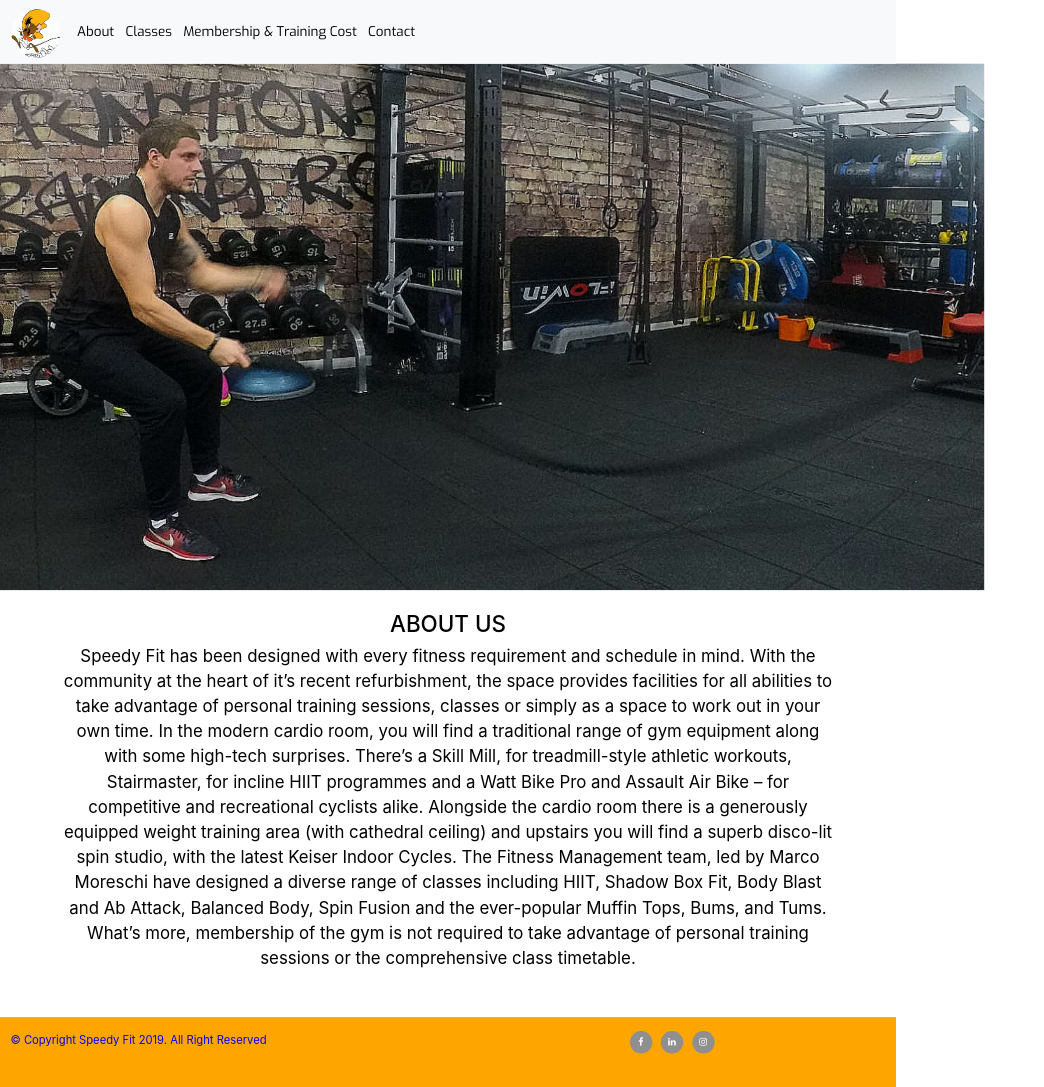
Repository: marcomoreschi/Milestrone-project
Page: index.html
The author's editor kept a record of every edit. The page is drawn from the files as they stood at one moment, then again after the next edit.
The browser window is 1280 px wide. The page is 1406 px wide, then 1491 px, then 1406 px, so the pictures cover 1491 px, including what lies to the right of the window. The pictures show the part of the page from y = 0 to 1640 px (the page is 1553 px tall before and 2305 px after), at 70% of full size.
Some web libraries are served in a nearby version.

Above is the page before.

After the next edit:
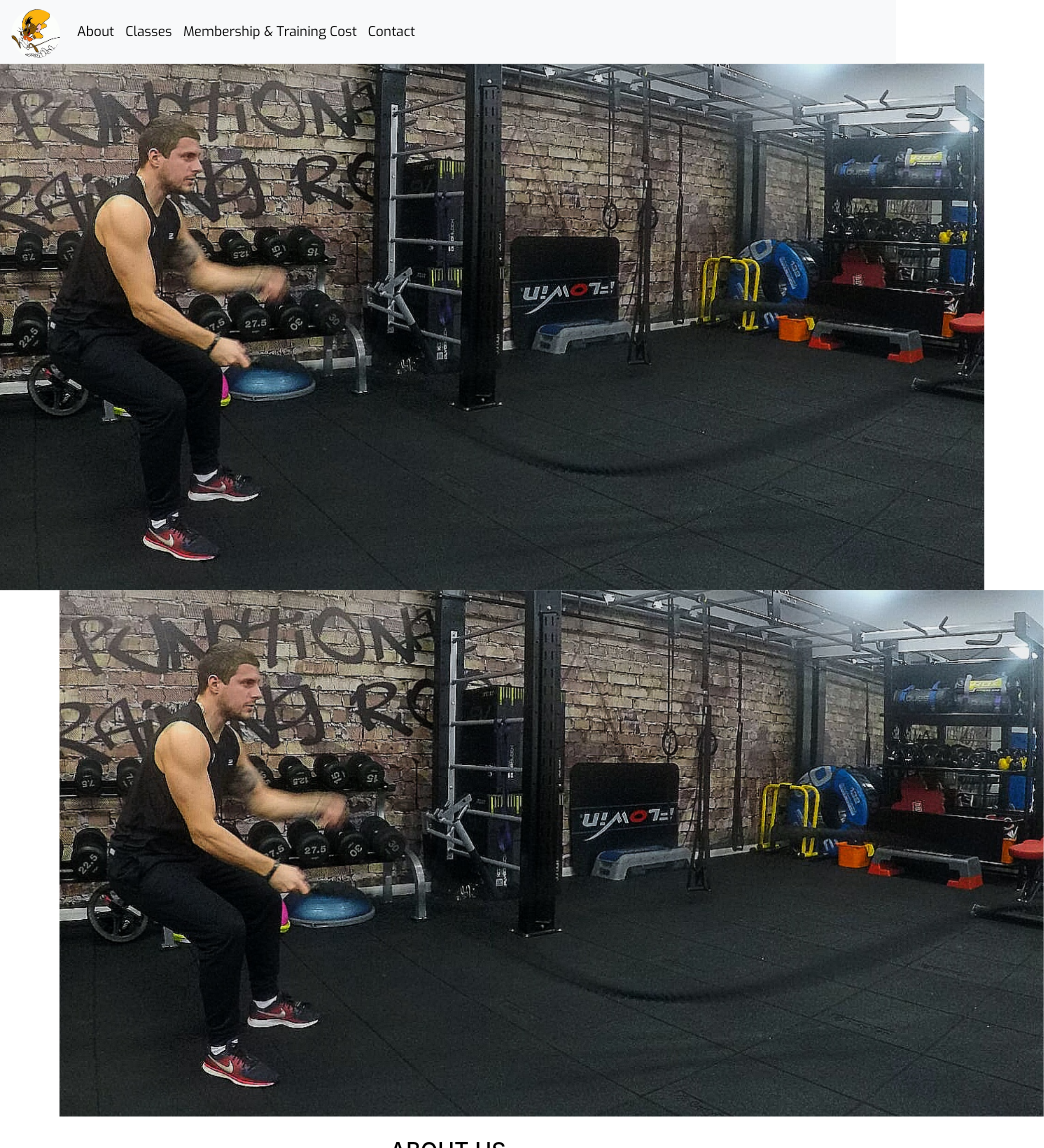
The edit:
--- a/index.html
+++ b/index.html
@@ -44,7 +44,7 @@
     </header>
     <img src="assets/images/rope.jpg"></img>
     <section class="container">
-
+<img src="assets/images/rope.jpg"></img>
         <div class="row">
 
             <h2 class="col-sm-12">About Us</h2>

After the edit that followed:
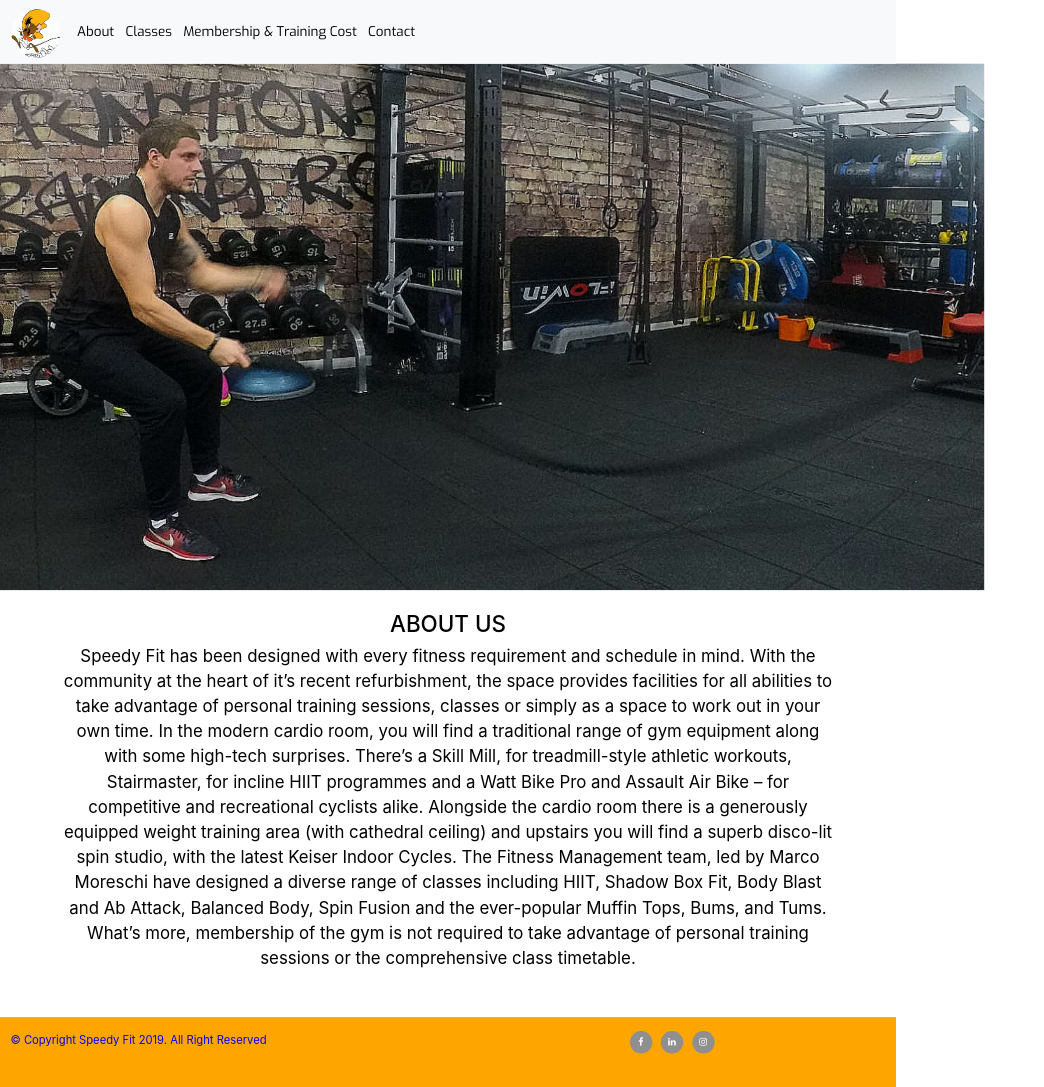
The edit:
--- a/index.html
+++ b/index.html
@@ -44,7 +44,7 @@
     </header>
     <img src="assets/images/rope.jpg"></img>
     <section class="container">
-<img src="assets/images/rope.jpg"></img>
+
         <div class="row">
 
             <h2 class="col-sm-12">About Us</h2>
